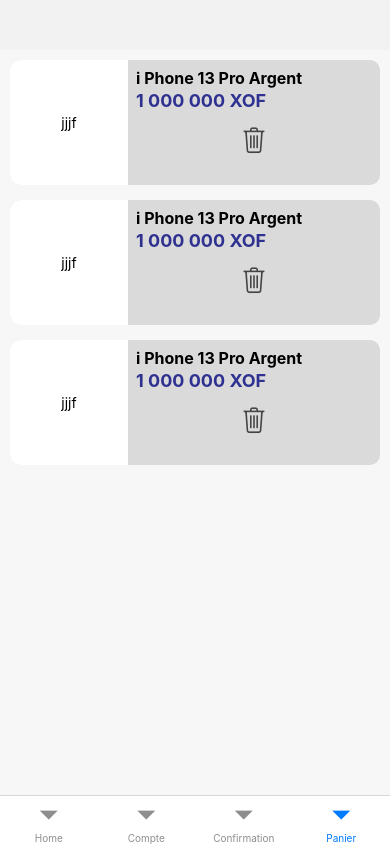
Repository: Norlan-20/Last-Afrilink
Screen: /Panier
These files come from the project's save history. The screen is drawn as it stood at one moment and after the next save; the edit follows.
The page's requests for data from a server got no answer. The app was drawn by React Native's web renderer in a window 390 px wide. The project was rebuilt for these pictures with package versions that can differ from the ones it lists, and the page was loaded fresh each time. No one was signed in, and anything a server would have sent is missing. Also part of the build but not shown: screen/User.js, component/button.js, screen/Confirmation.js, screen/Connexion.js, screen/Inscription.js, screen/Categorie.js, screen/Produit.js.

Above is the screen before, as saved 2021-09-27 11:02:49.

### App.js
/* eslint-disable prettier/prettier */
import React from 'react';
import {View} from 'react-native';
import { NavigationContainer } from '@react-navigation/native';
import { createNativeStackNavigator } from '@react-navigation/native-stack';
import { createBottomTabNavigator } from '@react-navigation/bottom-tabs';
import HomeScreen from './screen/Home';
import UserScreen from './screen/User';
import ConfirmationScreen from './screen/Confirmation';
import ConnexionScreen from './screen/Connexion';
import InscriptionScreen from './screen/Inscription';
import CategorieScreen from './screen/Categorie';
import ProduitScreen from './screen/Produit';
import CartScreen from './screen/Cart';

const Tab = createBottomTabNavigator();
const Stack = createNativeStackNavigator();

const BottomScreen = () => {
  return (
    <Tab.Navigator screenOptions={{headerShown: false}} >
        <Tab.Screen name="Home" component={HomeScreen}/>
        <Tab.Screen name="Compte" component={UserScreen}/>
        <Tab.Screen name="Confirmation" component={ConnexionScreen}/>
        <Tab.Screen name="Panier" component={CartScreen} />
    </Tab.Navigator>
  );
};

const App = () => {
  return (
    <NavigationContainer>
      <Stack.Navigator>
        <Stack.Screen name="Home" options={{headerShown: false}} component={BottomScreen} />
        <Stack.Screen name="Categorie" component={CategorieScreen} />
        <Stack.Screen name="Inscription" component={InscriptionScreen} />
        <Stack.Screen name="Produit" component={ProduitScreen} />
        {/* <Stack.Screen name="Panier" component={CartScreen} /> */}
      </Stack.Navigator>
    </NavigationContainer>
  );
};

export default App;

### screen/Home.js
/* eslint-disable prettier/prettier */
import React,{useState,useEffect} from 'react';
import {View, Text, StyleSheet, StatusBar, Dimensions, ScrollView} from 'react-native';
import { Header, Icon, Image, SearchBar } from 'react-native-elements';
import Categorie from '../component/categorie';
import Produit from '../component/produit';
import { listOfCategories } from '../API/api';
// import EvilIcons from 'react-native-vector-icons/EvilIcons';

const {width,height} = Dimensions.get('window');
const fond = '#F7F7F7';
const primary = '#2e3190';
const search = '#DDDDDD';

const HomeScreen = props => {

    const [categorie,setCategorie] = useState(null);

    useEffect(()=> {
        listOfCategories().then(res => setCategorie(res));
    },[]);

    const showCategorie = (categorieImage,categorieTitle) => {
        props.navigation.navigate('Categorie',{image: categorieImage, title: categorieTitle});
    };

    const showProduct = (infoProduct) => {
        props.navigation.navigate('Produit',{data: infoProduct});
    };

    return (
        <View style={styles.container}>
            <StatusBar hidden={false}/>
            { console.log(categorie) }
            <Header
                leftComponent={<Icon name="navicon" type="evilicon" size={40} color="#FFF"/>}
                leftContainerStyle={{marginTop: 15}}
                centerComponent={<Image source={require('../assets/logobleu.jpg')} style={{width: 200, height: 50}} />}
                rightComponent={<Icon name="cart" type="evilicon" size={40} color="#FFF"/>}
                rightContainerStyle={{marginTop: 15}}
                backgroundColor={primary}
            />
            <SearchBar
                placeholder="Rechercher"
                round
                lightTheme
                containerStyle={{ width: width,backgroundColor: fond, borderWidth: 0}}
                inputContainerStyle={{ height: 45, backgroundColor: search, borderRadius: 150 }}
                inputStyle={{ height: 45,backgroundColor: search }}
                // searchIcon={<Icon name="user" type="ionicon" />}
                showCancel
                cancelIcon
                onClear
                style={{width: width}}
            />
            <ScrollView>
                <Categorie nom="Catégorie" data={categorie} changeView={showCategorie} />
                <Produit nom="Vedette" changeView={showProduct} />
            </ScrollView>
        </View>
    );
};

const styles = StyleSheet.create({
    container:{
        flex: 1,
        backgroundColor: '#F7F7F7',
    },
});

export default HomeScreen;

### screen/Cart.js
/* eslint-disable prettier/prettier */
import React from 'react'
import { View, Text, ScrollView, Dimensions, StyleSheet, Image, TouchableOpacity } from  'react-native'
import { Icon } from 'react-native-elements';
import { SwiperFlatList } from 'react-native-swiper-flatlist';

const {width,height} = Dimensions.get('window');
const WIDTH = width - 20 ;
const fond = '#F7F7F7';
const primary = '#2e3190';

const CartScreen = props => {
    return (
        <View style={styles.container}>
            <TouchableOpacity style={styles.cartProductContainer}>
                <View style={styles.productImageContiner}><Text>jjjf</Text></View>
                <View style={styles.productInfoContiner}>
                    <Text style={styles.productName}>i Phone 13 Pro Argent</Text>
                    <Text style={styles.productPrice}>1 000 000 XOF</Text>
                    <View style={styles.addDelete}>
                        <Icon name="trash" type="evilicon" size={40} color="#444"/>
                    </View>
                </View>
            </TouchableOpacity>

            <TouchableOpacity style={styles.cartProductContainer}>
                <View style={styles.productImageContiner}><Text>jjjf</Text></View>
                <View style={styles.productInfoContiner}>
                    <Text style={styles.productName}>i Phone 13 Pro Argent</Text>
                    <Text style={styles.productPrice}>1 000 000 XOF</Text>
                    <View style={styles.addDelete}>
                        <Icon name="trash" type="evilicon" size={40} color="#444"/>
                    </View>
                </View>
            </TouchableOpacity>

            <TouchableOpacity style={styles.cartProductContainer}>
                <View style={styles.productImageContiner}><Text>jjjf</Text></View>
                <View style={styles.productInfoContiner}>
                    <Text style={styles.productName}>i Phone 13 Pro Argent</Text>
                    <Text style={styles.productPrice}>1 000 000 XOF</Text>
                    <View style={styles.addDelete}>
                        <Icon name="trash" type="evilicon" size={40} color="#444"/>
                    </View>
                </View>
            </TouchableOpacity>
        </View>
    );
};

const styles = StyleSheet.create({
    container:{
        flex: 1,
        padding: 10,
        backgroundColor: fond,
        alignItems: 'center',
        marginTop: 50,
    },
    cartProductContainer: {
        flexDirection: 'row',
        backgroundColor: '#DADADA',
        width: WIDTH,
        height: WIDTH / 2 - 60,
        borderRadius: 10,
        marginBottom: 15,
    },
    productImageContiner: {
        flex: 1,
        backgroundColor: '#FFFFFF',
        borderBottomLeftRadius: 10,
        borderTopLeftRadius: 10,
        alignItems: 'center',
        justifyContent: 'center',
    },
    productInfoContiner: {
        flex: 2,
        // backgroundColor: 'red',
        padding: 8,
    },
    productName: {
        fontSize: 16,
        fontWeight: 'bold',
        paddingBottom: 2,
    },
    productPrice: {
        fontSize: 18,
        color: primary,
        paddingBottom: 5,
        fontWeight: 'bold',
    },
    addDelete: {
        height: 50,
        flexDirection: 'row',
        alignItems: 'center',
        justifyContent: 'space-around',
    },
});

export default CartScreen;

### API/api.js
/* eslint-disable prettier/prettier */
// API list


export const url = 'https://afrilink.herokuapp.com';

// Retrieve list of categorie

export const listOfCategories = () => {
    return fetch(`${url}/category`,{
        method: 'GET',
        headers:{
            Accept:'application/json',
            'Content-type': 'application/json',
        },
    })
    .then((response) => response.json())
    // .then(res => res)
    .catch((error)=> console.log('error'));
};

export const listOfProduct = () => {
    return fetch(`${url}/product`,{
        method: 'GET',
        headers:{
            Accept:'application/json',
            'Content-type': 'application/json',
        },
    })
    .then((response) => response.json())
    // .then(res => res)
    .catch((error)=> console.log('error'));
};

Loaded but not shown: component/categorie.js (library); component/produit.js (library)

After the next save:
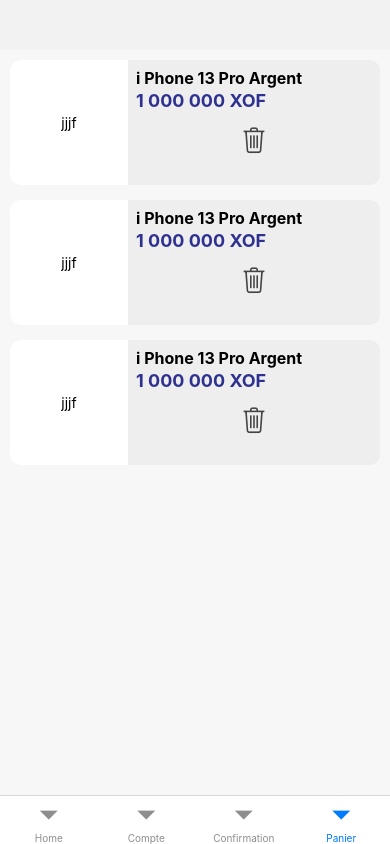
Saved 33 s later.
--- a/screen/Cart.js
+++ b/screen/Cart.js
@@ -58,7 +58,7 @@
     },
     cartProductContainer: {
         flexDirection: 'row',
-        backgroundColor: '#DADADA',
+        backgroundColor: '#EEE',
         width: WIDTH,
         height: WIDTH / 2 - 60,
         borderRadius: 10,
